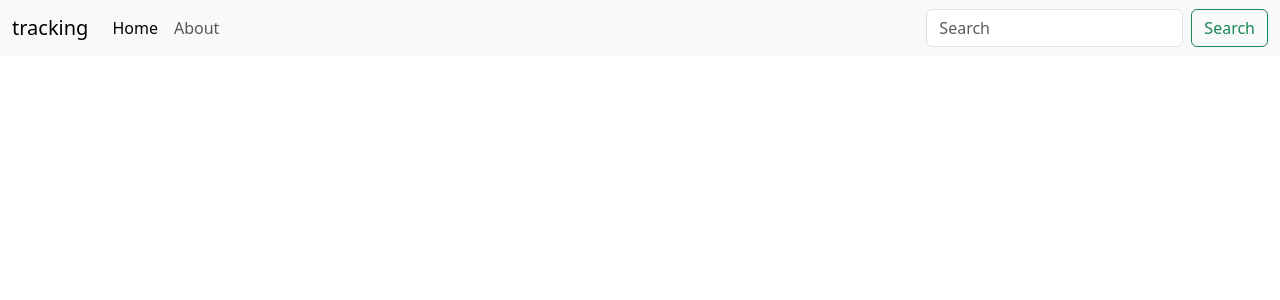
Repository: Rohit-foryou/Text-Utils
Page: /
These files come from the project's save history. The page is drawn as it stood at one moment and after the next save; the edit follows.
The browser window is 1280 px wide. The pictures show the whole page.
The project was rebuilt for these pictures with package versions that can differ from the ones it lists, and the page was loaded fresh each time. Also part of the build but not shown: src/index.css, src/App.css.

Above is the page before, as saved 2023-12-20 20:12:56.

After the next save:
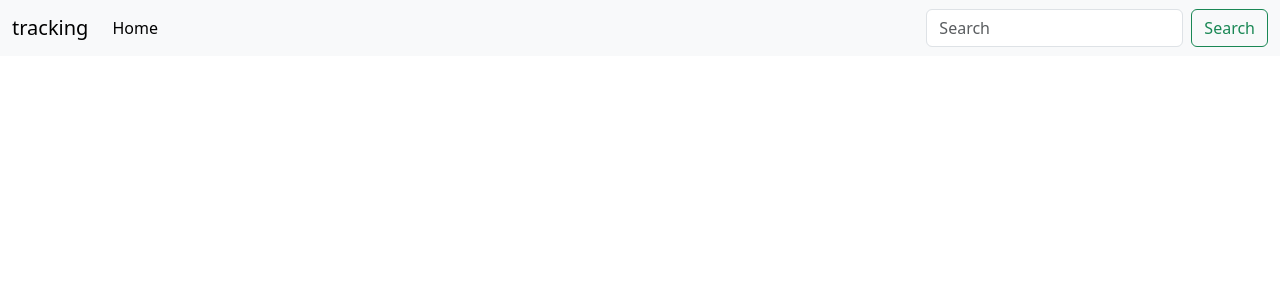
Saved 76 s later.
--- a/src/components/Navbar.js
+++ b/src/components/Navbar.js
@@ -14,7 +14,7 @@ export default function Navbar(props) {
                 <a className="nav-link active" aria-current="page" href="/">Home</a>
               </li>
               <li className="nav-item">
-                <a className="nav-link" href="/">About</a>
+                <a className="nav-link" href="/">{props.aboutText}</a>
               </li>
             </ul>
             <form className="d-flex" role="search">
